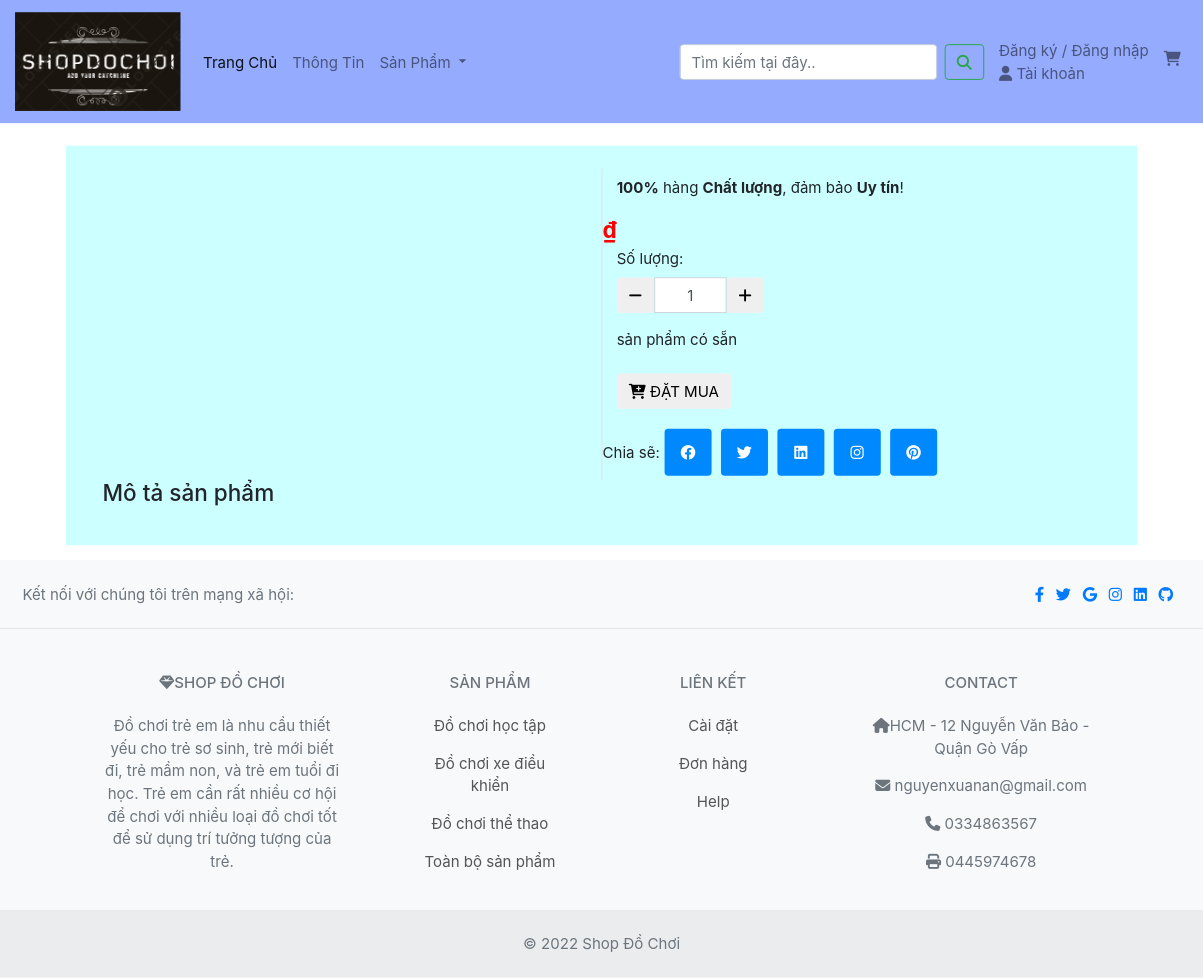
Repository: huynhdinhchieu/20112111-HuynhDinhChieu-BTL-WEB
Page: chitietsanpham.html
The author's editor kept a copy of each file at every save. The page is drawn from the files as they stood at one save, then again after the next save.
The browser window is 1280 px wide. The pictures show the whole page, at 94% of full size.
Some web fonts or font styles are not loaded; a fallback is used. Some web libraries are served in a nearby version.

Above is the page before, as saved 2022-10-23 17:15:52.
Console error: TypeError: Cannot read properties of null (reading 'find')

### chitietsanpham.html
<!DOCTYPE html>
<html lang="en">

<head>
    <meta charset="UTF-8">
    <meta http-equiv="X-UA-Compatible" content="IE=edge">
    <meta name="viewport" content="width=device-width, initial-scale=1.0">
    <title>Chi Tiết Sản Phẩm</title>

    <link rel="stylesheet" href="../css/chitietsanpham.css">
    <link rel="stylesheet" href="../css/style.css">
    <link rel="stylesheet" href="https://cdnjs.cloudflare.com/ajax/libs/font-awesome/6.1.1/css/all.min.css">
    <link rel="stylesheet" href="../css/bootstrap.min.css">

    <script src="../js/jquery-3.6.0.min.js"></script>
    <script src="../js/bootstrap.min.js"></script>
    <script src="../js/chitietsanpham.js"></script>

</head>

<body>

    <div class="wrapper">
        <header>
            <nav>
                <div class="img-nav">
                    <nav class="navbar navbar-expand-lg navbar-light" style="background-color: var(--primary-color);">
                        <a class="navbar-brand" href="index.html"><img src="../img/ShopDoChoi_logo.png" alt=""></a>
                        <button class="navbar-toggler" type="button" data-toggle="collapse" data-target="#navbarSupportedContent" aria-controls="navbarSupportedContent" aria-expanded="false" aria-label="Toggle navigation">
                            <span class="navbar-toggler-icon"></span>
                        </button>
                        <div class="collapse navbar-collapse" id="navbarSupportedContent">
                            <ul class="navbar-nav mr-auto">
                                <li class="nav-item active">
                                    <a class="nav-link" href="#">Trang Chủ<span class="sr-only"></span></a>
                                </li>
                                <li class="nav-item">
                                    <a class="nav-link" href="ThongTin.html">Thông Tin</a>
                                </li>
                                <li class="nav-item dropdown">
                                    <a class="nav-link dropdown-toggle" href="#" id="navbarDropdown" role="button" data-toggle="dropdown" aria-haspopup="true" aria-expanded="false">
                                        Sản Phẩm
                                    </a>
                                    <div class="dropdown-menu" aria-labelledby="navbarDropdown">
                                        <a class="dropdown-item" href="index.html#DoChoiHocTap">Đồ Chơi Học Tập</a>
                                        <div class="dropdown-divider"></div>
                                        <a class="dropdown-item" href="index.html#DoChoiDieuKhien">Đồ Chơi Máy Bay,
                                            Xe Điều
                                            Khiển</a>
                                        <div class="dropdown-divider"></div>
                                        <a class="dropdown-item" href="index.html#DoChoiTheThao">Đồ Chơi Thể Thao</a>
                                        <div class="dropdown-divider"></div>
                                        <a class="dropdown-item" href="index.html#DoChoiLapRap">Đồ Chơi Lắp Ráp</a>
                                    </div>
                                </li>
                            </ul>
                            <form class="form-inline my-2 my-lg-0">
                                <input class="form-control mr-sm-2" type="search" placeholder="Tìm kiếm tại đây.." aria-label="Search">
                                <button class="btn btn-outline-success my-2 my-sm-0 mr-sm-2" type="submit"><i
                                        class="fas fa-search"></i></button>
                            </form>
                            <div>
                                <ul class="navbar-nav mr-auto">
                                    <li class="nav-item" id="taikhoan">
                                        <a class="nav-link" href="#">Đăng ký / Đăng nhập<br><i class="fa fa-user"></i>
                                            Tài khoản</a>
                                    </li>
                                    <li class="nav-item">
                                        <a class="nav-link my-2" href="GioHang.html"><i
                                                class="fa fa-shopping-cart"></i></a>
                                    </li>
                                </ul>
                            </div>
                        </div>
                    </nav>
                </div>
            </nav>
        </header>

        <section class="chitietsanpham mt-lg-4">
            <div class="container p-4" style="background-color: var(--secondary-color);">
                <div class="row">
                    <div class="col-lg-6 col-md-6">
                        <div class="mb-sm-4">
                            <div id="ha"></div>
                        </div>
                    </div>
                    <div class="col-lg-6 col-md-6 border-left">
                        <h3 id="tensp"></h3>
                        <p><strong> 100%</strong> hàng <strong>Chất lượng</strong>, đảm bảo <strong>Uy tín</strong>!</p>
                        <div class="dongia row"><span class="mr-sm-2">₫</span>
                            <div id="dongia"></div>
                        </div>
                        <div class="row">
                            <div class="soluong col-lg-4 col-md-4">
                                <label for="soluong">Số lượng:</label>
                                <div class="input-group">
                                    <button type="button" class="btn quantity-left-minus" data-type="minus" data-field="">
                                        <i class="fa fa-minus" aria-hidden="true"></i>
                                    </button>
                                    <input type="text" id="quantity" name="quantity" class="px-2 text-center form-control input-number" value="1" min="1" max="100">
                                    <button type="button" class="btn quantity-right-plus" data-type="plus" data-field="">
                                        <i class="fa fa-plus" aria-hidden="true"></i>
                                    </button>
                                </div>
                                <div class="soluongcosan my-sm-3">
                                    <span id="soluong"></span><span> sản phẩm có sẵn</span>
                                </div>
                            </div>
                        </div>
                        <div class="action mt-lg-2">
                            <button class="add-to-cart btn btn-default mb-sm-2" type="button">
                                <a href="datmua.html" style="text-decoration: none; color: black"><i
                                        class="fa fa-cart-plus" aria-hidden="true"></i> ĐẶT MUA</a>
                            </button>
                        </div>
                        <div class="row align-items-center chiase mt-md-2">
                            <span>Chia sẽ:</span>

                            <li class="chiase__item"><i class='social__icon fab fa-facebook'></i></li>
                            <li class="chiase__item"><i class='social__icon fab fa-twitter'></i></li>
                            <li class="chiase__item"><i class='social__icon fab fa-linkedin'></i></li>
                            <li class="chiase__item"><i class='social__icon fab fa-instagram'></i></li>
                            <li class="chiase__item"><i class='social__icon fab fa-pinterest'></i></li>
                        </div>
                    </div>
                </div>
                <div class="col-lg-12">
                    <div class="motasanpham">
                        <h4>Mô tả sản phẩm</h4>
                        <p id="mota">
                        </p>
                    </div>
                </div>
            </div>
        </section>

        <footer class="text-center text-lg-start bg-light text-muted mt-lg-3">
            <section class="d-flex justify-content-center justify-content-lg-between p-4 border-bottom">
                <!-- Left -->
                <div class="me-5 d-none d-lg-block">
                    <span>Kết nối với chúng tôi trên mạng xã hội:</span>
                </div>
                <!-- Left -->

                <!-- Right -->
                <div>
                    <a href="" class="icon-network me-4 mr-sm-2 text-reset">
                        <i class="icon-social fab fa-facebook-f"></i>
                    </a>
                    <a href="" class="icon-network me-4 mr-sm-2 text-reset">
                        <i class="icon-social fab fa-twitter"></i>
                    </a>
                    <a href="" class="icon-network me-4 mr-sm-2 text-reset">
                        <i class="icon-social fab fa-google"></i>
                    </a>
                    <a href="" class="icon-network me-4 mr-sm-2 text-reset">
                        <i class="icon-social fab fa-instagram"></i>
                    </a>
                    <a href="" class="icon-network me-4 mr-sm-2 text-reset">
                        <i class="icon-social fab fa-linkedin"></i>
                    </a>
                    <a href="" class="icon-network me-4 mr-sm-2 text-reset">
                        <i class="icon-social fab fa-github"></i>
                    </a>
                </div>
                <!-- Right -->
            </section>
            <!-- Section: Social media -->

            <!-- Section: Links  -->
            <section class="">
                <div class="container text-center text-md-start mt-5">
                    <!-- Grid row -->
                    <div class="row mt-3">
                        <!-- Grid column -->
                        <div class="col-md-3 col-lg-4 col-xl-3 mx-auto mb-4">
                            <!-- Content -->
                            <h6 class="text-uppercase fw-bold mb-4">
                                <i class="fas fa-gem me-3"></i>SHOP ĐỒ CHƠI
                            </h6>
                            <p>
                                Đồ chơi trẻ em là nhu cầu thiết yếu cho trẻ sơ sinh, trẻ mới biết đi, trẻ mầm non, và trẻ em tuổi đi học. Trẻ em cần rất nhiều cơ hội để chơi với nhiều loại đồ chơi tốt để sử dụng trí tưởng tượng của trẻ.
                            </p>
                        </div>
                        <!-- Grid column -->

                        <!-- Grid column -->
                        <div class="col-md-2 col-lg-2 col-xl-2 mx-auto mb-4">
                            <!-- Links -->
                            <h6 class="text-uppercase fw-bold mb-4">
                                SẢN PHẨM
                            </h6>
                            <p>
                                <a href="#DoChoiHocTap" class="inf-usefull text-reset">Đồ chơi học tập</a>
                            </p>
                            <p>
                                <a href="#DoChoiDieuKhien" class="inf-usefull text-reset">Đồ chơi xe điều khiển</a>
                            </p>
                            <p>
                                <a href="#DoChoiTheThao" class="inf-usefull text-reset">Đồ chơi thể thao</a>
                            </p>
                            <p>
                                <a href="#" class="inf-usefull text-reset">Toàn bộ sản phẩm</a>
                            </p>
                        </div>

                        <div class="col-md-3 col-lg-2 col-xl-2 mx-auto mb-4">

                            <h6 class="text-uppercase fw-bold mb-4">
                                LIÊN KẾT
                            </h6>
                            <p>
                                <a href="#!" class="inf-usefull text-reset">Cài đặt</a>
                            </p>
                            <p>
                                <a href="#!" class="inf-usefull text-reset">Đơn hàng</a>
                            </p>
                            <p>
                                <a href="#!" class="inf-usefull text-reset">Help</a>
                            </p>
                        </div>

                        <div class="col-md-4 col-lg-3 col-xl-3 mx-auto mb-md-0 mb-4">
                            <!-- Links -->
                            <h6 class="text-uppercase fw-bold mb-4">
                                Contact
                            </h6>
                            <p><i class="fas fa-home me-3"></i>HCM - 12 Nguyễn Văn Bảo - Quận Gò Vấp</p>
                            <p>
                                <i class="fas fa-envelope me-3"></i> nguyenxuanan@gmail.com
                            </p>
                            <p><i class="fas fa-phone me-3"></i> 0334863567</p>
                            <p><i class="fas fa-print me-3"></i> 0445974678</p>
                        </div>
                    </div>
                </div>
            </section>

            <!-- Copyright -->
            <div class="text-center p-4" style="background-color: rgba(0, 0, 0, 0.05);">
                ©
                <script>
                    document.write(new Date().getFullYear());
                </script> Shop Đồ Chơi
            </div>
            <!-- Copyright -->
        </footer>
        <!-- Footer -->
    </div>

    <div id="backtotop">
        <i class="fa fa-arrow-circle-up"></i>
        <script>
            $(document).ready(function() {
                $(window).scroll(function() {
                    if ($(this).scrollTop()) {
                        $('#backtotop').fadeIn()
                    } else {
                        $('#backtotop').fadeOut()
                    }
                })
                $('#backtotop').click(function() {
                    $('html, body').animate({
                        scrollTop: 0
                    }, 750)
                })
            })
        </script>
    </div>

</body>

</html>

### css/chitietsanpham.css
#backtotop {
    width: 50px;
    height: 50px;
    display: none;
    position: fixed;
    bottom: 20px;
    right: 30px;
    z-index: 99;
    font-size: 20px;
    border: none;
    outline: none;
    background-color: aqua;
    color: #fff;
    cursor: pointer;
    padding: 15px;
    border-radius: 50%;
}

#backtotop:hover {
    background-color: #555;
}

.icon-network {
    text-decoration: none !important
}

.icon-social:hover {
    box-shadow: 5px 10px 18px #888888;
}

.inf-usefull {
    text-decoration: none !important;
    color: #555;
}

/* chi tiet san pham */
.dongia {
    color: red;
    font-weight: bold;
    font-size: 1.5rem;
}

.chiase .icon-network {
    background-color: blue;
    padding: 0.5rem;
    color: #fff;
    align-items: center;
    border-radius: 0.3rem;
}

.chiase__item :hover .social__item {
    background-color: rgb(49, 123, 219);
}

.chiase__item {
    overflow:hidden;
    list-style:none;
    margin:5px;
    height:50px;
    width:50px;
    background-color: #0088ff;
    color:#fff;
    display:flex;
    justify-content:center;
    align-items:center;
    border-radius:4px;
    cursor:pointer;
    position:relative;
    z-index:1;
    transition:all 0.5s;
}

### css/style.css
:root {
    --text-color: #333;
    --primary-color: #94abfe;
    --secondary-color: #CCFFFF;
}

.banner #navbarmenusticky {
    font-size: 1rem;
}

.content .bd-example h4,
.content .bd-example p {
    background-color: rgba(228, 228, 228, 0.4);
    color: black;
}

.content .bd-example p {
    font-size: 1.2rem;
}

#home a {
    text-decoration: none;
}

#home img {
    width: 220px;
    height: 220px;
    margin-left: 13px;
}

.sp__Shop :hover img {
    box-shadow: 5px 10px 18px #888888;
}

#backtotop {
    width: 50px;
    height: 50px;
    display: none;
    position: fixed;
    bottom: 20px;
    right: 30px;
    z-index: 99;
    font-size: 20px;
    border: none;
    outline: none;
    background-color: aqua;
    color: #fff;
    cursor: pointer;
    padding: 15px;
    border-radius: 50%;
}

#backtotop:hover {
    background-color: #555;
}

.icon-network {
    text-decoration: none !important
}

.icon-social:hover {
    box-shadow: 5px 10px 18px #888888;
}

.inf-usefull {
    text-decoration: none !important;
    color: #555;
}

/* san pham  */

.product-grid3 {
    font-family: Roboto, sans-serif;
    text-align: center;
    position: relative;
    z-index: 1
}

.product-grid3:before {
    content: "";
    height: 81%;
    width: 100%;
    background: #fff;
    border: 1px solid rgba(0, 0, 0, .1);
    opacity: 0;
    position: absolute;
    top: 0;
    left: 0;
    z-index: -1;
    transition: all .5s ease 0s
}

.product-grid3:hover:before {
    opacity: 1;
    height: 100%
}

.product-grid3 .product-image3 {
    position: relative
}

.product-grid3 .product-image3 a {
    display: block
}

.product-grid3 .product-image3 img {
    width: 100%;
    height: auto
}

.product-grid3 .pic-1 {
    opacity: 1;
    transition: all .5s ease-out 0s
}

.product-grid3:hover .pic-1 {
    opacity: 0
}

.product-grid3 .pic-2 {
    position: absolute;
    top: 0;
    left: 0;
    opacity: 0;
    transition: all .5s ease-out 0s
}

.product-grid3:hover .pic-2 {
    opacity: 1
}

.product-grid3 .social {
    width: 120px;
    padding: 0;
    margin: 0 auto;
    list-style: none;
    opacity: 0;
    position: absolute;
    right: 0;
    left: 0;
    bottom: -23px;
    transform: scale(0);
    transition: all .3s ease 0s
}

.product-grid3:hover .social {
    opacity: 1;
    transform: scale(1)
}

.product-grid3:hover .product-discount-label,
.product-grid3:hover .title {
    opacity: 0
}

.product-grid3 .social li {
    display: inline-block
}

.product-grid3 .social li a {
    color: #e67e22;
    background: #fff;
    font-size: 18px;
    line-height: 50px;
    width: 50px;
    height: 50px;
    border: 1px solid rgba(0, 0, 0, .1);
    border-radius: 50%;
    margin: 0 2px;
    display: block;
    transition: all .3s ease 0s
}

.product-grid3 .social li a:hover {
    background: #e67e22;
    color: #fff
}

.product-grid3 .product-discount-label,
.product-grid3 .product-new-label {
    background-color: #e67e22;
    color: #fff;
    font-size: 17px;
    padding: 2px 10px;
    position: absolute;
    right: 10px;
    top: 10px;
    transition: all .3s
}

.product-grid3 .product-content {
    z-index: -1;
    padding: 15px;
    text-align: left
}

.product-grid3 .title {
    font-size: 14px;
    text-transform: capitalize;
    margin: 0 0 7px;
    transition: all .3s ease 0s
}

.product-grid3 .title a {
    color: #414141
}

.product-grid3 .price {
    color: #000;
    font-size: 16px;
    letter-spacing: 1px;
    font-weight: 600;
    margin-right: 2px;
    display: inline-block
}

.product-grid3 .rating {
    padding: 0;
    margin: -22px 0 0;
    list-style: none;
    text-align: right;
    display: block
}

.product-grid3 .rating li {
    color: #ffd200;
    font-size: 13px;
    display: inline-block
}

.product-grid3 .rating li.disable {
    color: #dcdcdc;
}

@media only screen and (max-width:1200px) {
    .product-grid3 .rating {
        margin: 0
    }
}

@media only screen and (max-width:990px) {
    .product-grid3 {
        margin-bottom: 30px
    }

    .product-grid3 .rating {
        margin: -22px 0 0
    }
}

@media only screen and (max-width:359px) {
    .product-grid3 .rating {
        margin: 0
    }
}

### js/chitietsanpham.js
$(document).ready(function () {


})

$(document).ready(function () {

    let dssp = JSON.parse(localStorage.getItem("dssp"))
    let masp = localStorage.getItem("masp")

    let temp = dssp.find(sp => sp.masp == masp)

    $("#tensp").html(temp.tensp)
    $("#dongia").html(temp.dongia)
    $("#mota").html(temp.mota)
    $("#soluong").html(temp.soluong)
    function napSP(sp) {
        let temp = "<img src='" + sp.hinhanh + "' alt='' class='v-100' style='height: 500px;'>"
        $("#ha").html(temp)
    }
    $(document).ready(function () {
        dssp.forEach(sp => {
            napSP(temp)
        });
    })

    var quantitiy = 0;
    $('.quantity-right-plus').click(function (e) {

        // Stop acting like a button
        e.preventDefault();
        // Get the field name
        var quantity = parseInt($('#quantity').val());

        // If is not undefined

        if(quantity < temp.soluong)
        $('#quantity').val(quantity + 1);


        // Increment

    });

    $('.quantity-left-minus').click(function (e) {
        // Stop acting like a button
        e.preventDefault();
        // Get the field name
        var quantity = parseInt($('#quantity').val());

        // If is not undefined

        // Increment
        if (quantity > 1) {
            $('#quantity').val(quantity - 1);
        }
    });

});

Loaded but not shown: css/bootstrap.min.css (library); js/jquery-3.6.0.min.js (library); js/bootstrap.min.js (library); js/all.min.css (library)

After the next save:
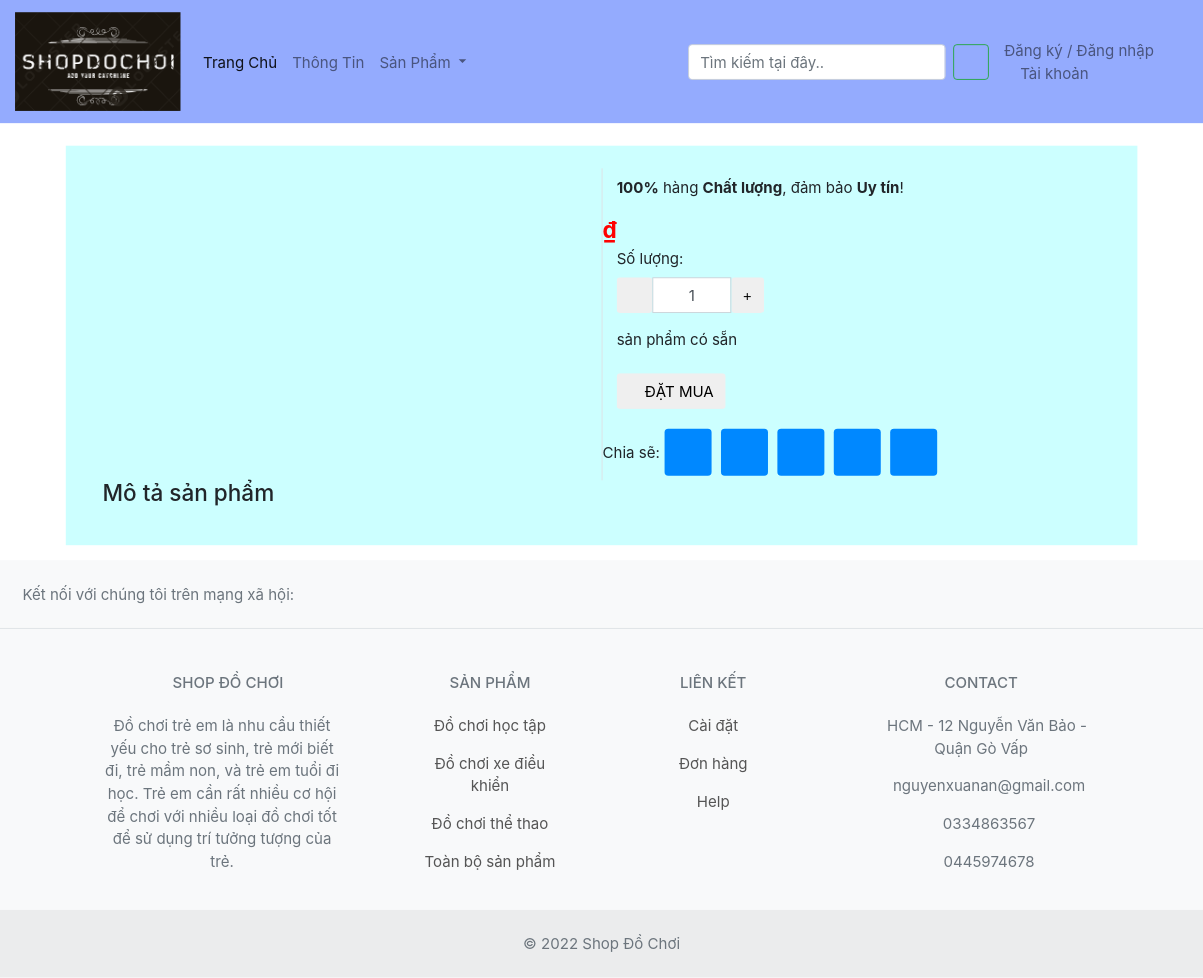
Saved 29 s later.
--- a/chitietsanpham.html
+++ b/chitietsanpham.html
@@ -9,7 +9,7 @@
 
     <link rel="stylesheet" href="../css/chitietsanpham.css">
     <link rel="stylesheet" href="../css/style.css">
-    <link rel="stylesheet" href="https://cdnjs.cloudflare.com/ajax/libs/font-awesome/6.1.1/css/all.min.css">
+    <link rel="stylesheet" href="./js/all.min.css">
     <link rel="stylesheet" href="../css/bootstrap.min.css">
 
     <script src="../js/jquery-3.6.0.min.js"></script>
